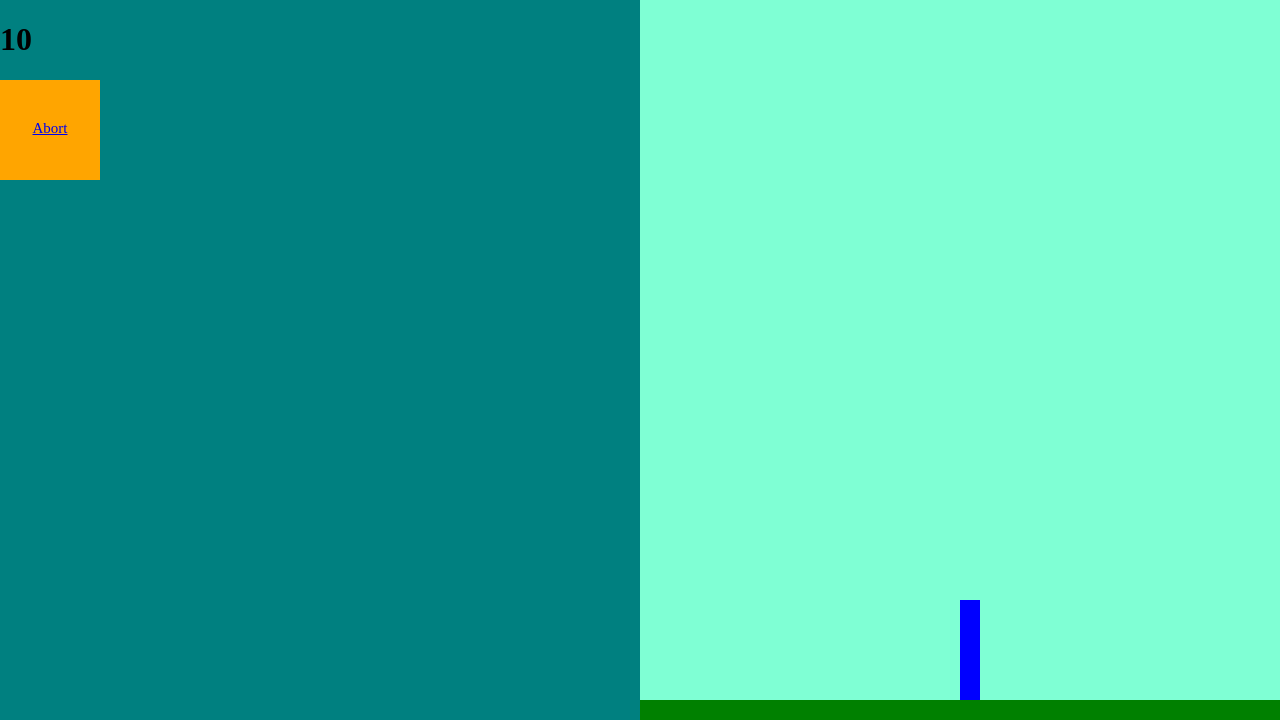
Repository: alcarrizo/Rocket-launch
Page: index.html
The author's editor kept a copy of each file at every save. The page is drawn from the files as they stood at one save, then again after the next save.
The browser window is 1280 px wide. The pictures show the whole page.
After loading, the first visible `a.button` was clicked once.

Above is the page before, as saved 2022-10-19 22:05:24.

### index.html
<!DOCTYPE html>
<html lang="en">
<head>
    <meta charset="UTF-8">
    <meta http-equiv="X-UA-Compatible" content="IE=edge">
    <meta name="viewport" content="width=device-width, initial-scale=1.0">
    <title>Rocket Launch sequence</title>
    <script type="text/javascript" src="js/script.js"> </script>
    <link rel="stylesheet" href="css/style.css">
</head>
<body class="body-state1" id="body">
    <div class="left">
        <div class="state1">
            <h1>JS Rocket Launch!</h1>
            <a href="#" class="button" onclick="changeState(2);">Launch</a>
        </div>
        <div class="state2">
            <h1 class="countdown" id="countdown">10</h1>
            <a href="#" class="button" onclick="changeState(1);">Abort</a>
        </div>
        <div class="state3">
            <h1>Lift Off!</h1>
        </div>
        <div class="state4">
            <h1>Well done!</h1>
            <a href="#" class="button" onclick="changeState(1);">Do it again</a>
        </div>
        <div class="state5">
            <h1>Oh No!!!!</h1>
            <a href="#" class="button" onclick="changeState(1);">Try Again!</a>
        </div>
    </div>

    <div class="right">
        <div class="rocket" id="rocket"></div>
        <div class="ground"></div>
    </div>
</body>
</html>

### js/script.js
/*var countDown = function (i) {
    console.log(i)
    setTimeout(function () {
        i--
        document.getElementById("countdown").innerHTML = i;
        if (document.getElementById('body').className != 'body-state1') {
            if (i > 0) {
                countDown(i)
            }
            else {
                changeState(3)
            }
        }

    }, 1000)
}*/
var timer = null;
var CountDownNum = 10;
var changeState = function (state) {
    document.body.className = 'body-state' + state;
    clearInterval(timer);
    if (state == 2) {
        timer = setInterval(() => {
            document.getElementById('countdown').innerHTML = CountDownNum;
            CountDownNum -= 1;
            if (CountDownNum <= 0) {
                changeState(3);
            }
        }, 1000);


    }
    // if (state == 1) {
    //     document.body.className = 'body-state1'
    // }
    // else if (state == 2) {
    //     document.body.className = 'body-state2'
    //     countDown(10)
    //     // for (let i = 10; i >= 0; i--) {
    //     //     setTimeout()
    //     //     document.getElementById("countdown").innerHTML = i;
    //     // }
    // }
    // else if (state == 3) {
    //     document.body.className = 'body-state3'
    //     document.getElementById('rocket').className = 'rocket flying';
    // }
    // else if (state == 4) {
    //     document.body.className = 'body-state4'
    // }
    // else {
    //     document.body.className = 'body-state5'
    // }
    // for (let i = 10; i >= 0; i--) {
    //     bdy.content = i;
    // }
    //document.getElementById('rocket').className = 'rocket flying';
}

### css/style.css
body {
    position: relative;
}

.left {
    position: fixed;
    box-sizing: border-box;
    width: 50%;
    height: 100%;
    top: 0;
    left: 0;
    background-color: teal;
}

.right {
    position: fixed;
    box-sizing: border-box;
    width: 50%;
    height: 100%;
    top: 0;
    right: 0;
    background-color: aquamarine;
}

.rocket {
    position: absolute;
    left: 50%;
    bottom: 20px;
    width: 20px;
    height: 100px;
    background-color: blue;
    transition: bottom 10s;

}

.rocket.flying {
    bottom: 1000px;
}


.ground {
    background-color: green;
    position: absolute;
    bottom: 0;
    left: 0;
    width: 100%;
    height: 20px;
}

a {}

a.button {
    display: block;
    box-sizing: border-box;
    text-align: center;
    padding-top: 40px;
    height: 100px;
    width: 100px;
    font-size: 15px;
    background-color: orange;

}

.state1,
.state2,
.state3,
.state4,
.state5 {
    display: none;
}

body.body-state1 .state1 {
    display: block;
}

body.body-state2 .state2 {
    display: block;
}

body.body-state3 .state3 {
    display: block;
}

body.body-state4 .state4 {
    display: block;
}

body.body-state5 .state5 {
    display: block;
}

After the next save:
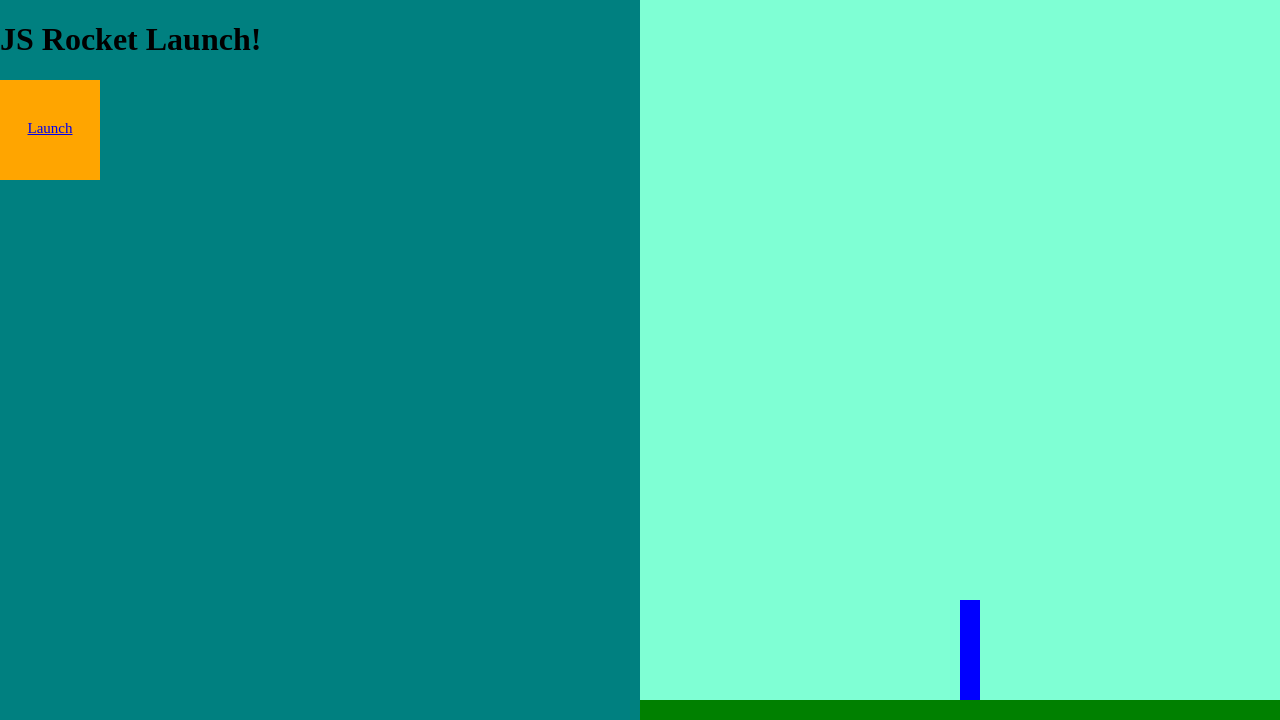
Console error: SyntaxError: Unexpected token 'else'
Saved 15 s later.
--- a/js/script.js
+++ b/js/script.js
@@ -27,9 +27,12 @@
                 changeState(3);
             }
         }, 1000);
+    else if (state == 3) {
+
+    }
 
 
-    }
+}
     // if (state == 1) {
     //     document.body.className = 'body-state1'
     // }

After the 3 saves that followed:
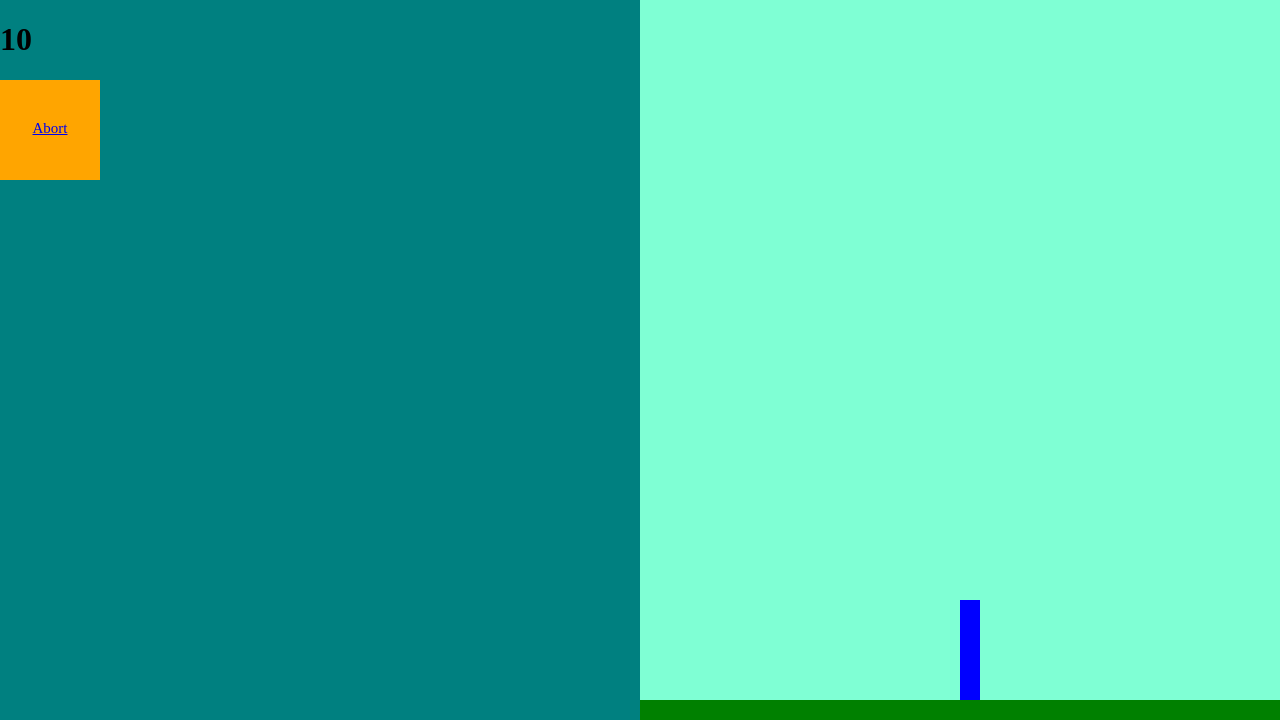
The error is gone.
The 3 saves are shown as one change because 2 left the picture as it was.
The last was saved 56 s later.
--- a/js/script.js
+++ b/js/script.js
@@ -27,12 +27,12 @@
                 changeState(3);
             }
         }, 1000);
-    else if (state == 3) {
 
     }
+    else if (state == 3) {
+        console.log('temp')
 
-
-}
+    }
     // if (state == 1) {
     //     document.body.className = 'body-state1'
     // }
